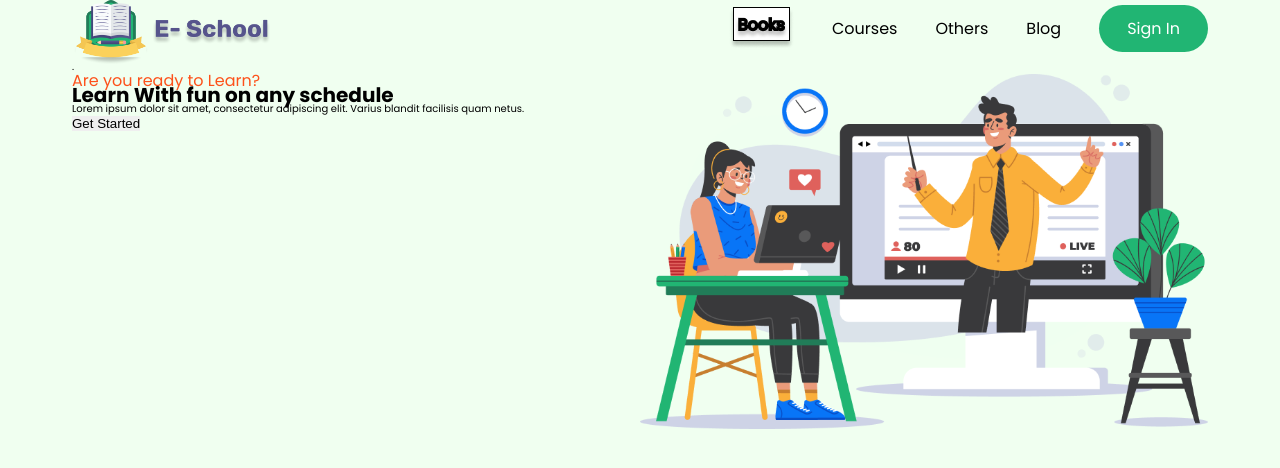
Repository: bijaythakur-code/E-school
Page: index.html
The author's editor kept a copy of each file at every save. The page is drawn from the files as they stood at one save, then again after the next save.
The browser window is 1280 px wide. The pictures show the whole page.

Above is the page before, as saved 2022-05-11 15:04:15.
Console error: TypeError: Cannot set properties of null (setting 'textContent')

### index.html
<!DOCTYPE html>
<html lang="en">
  <head>
    <meta charset="UTF-8" />
    <meta http-equiv="X-UA-Compatible" content="IE=edge" />
    <meta name="viewport" content="width=device-width, initial-scale=1.0" />

    <link rel="preconnect" href="https://fonts.googleapis.com" />
    <link rel="preconnect" href="https://fonts.gstatic.com" crossorigin />
    <link
      href="https://fonts.googleapis.com/css2?family=Poppins:wght@400;500;700&family=Roboto&display=swap"
      rel="stylesheet"
    />

    <link rel="stylesheet" href="/css/general.css" />
    <link rel="stylesheet" href="/css/style.css" />
    <link rel="stylesheet" href="/css/queries.css" />
    <title>Starter Project</title>
  </head>
  <body>
    <header>
      <div class="container">
        <nav>
          <div class="logo">
            <a href="/">
              <img src="/img/logo.png" alt="E-school logo" />
            </a>
          </div>
          <ul class="main-nav">
            <li>
              <a href="/">
                <img src="/img/img-icon-books-nav.png" alt="E-school Books" />
              </a>
            </li>
            <li>
              <a class="nav-link" href="#">Courses</a>
            </li>
            <li>
              <a class="nav-link" href="#">Others</a>
            </li>
            <li>
              <a class="nav-link" href="#">Blog</a>
            </li>
            <li>
              <a class="sign-in nav-link" href="#">Sign In</a>
            </li>
          </ul>
        </nav>

        <!-- hero section -->
        .
        <div class="hero">
          <div class="hero-left">
            <p class="are-you-ready">Are you ready to Learn?</p>
            <h1>Learn With fun on <span>any schedule</span></h1>
            <p>
              Lorem ipsum dolor sit amet, consectetur adipiscing elit. Varius
              blandit facilisis quam netus.
            </p>
            <a href="#">
              <button class="btn-get-started">Get Started</button>
            </a>
          </div>
          <div class="hero-right">
            <img src="/img/image-hero.png" alt="E-school hero" />
        </div>
      </div>
    </header>
    <script src="js/script.js"></script>
  </body>
</html>

### css/general.css
/*
--- 01 TYPOGRAPHY SYSTEM

- Font sizes (px)


- Font weights
Default: 400
Medium: 500

Bold: 700


- Line heights
Default: 1
Small: 1.05
Medium: 1.2
Paragraph default: 1.6
Large: 1.8

- Letter spacing
-0.5px
0.75px

--- 02 COLORS

#000000 -- black
#21B573 -- primary
#FFFFFF -- white
#FD511A -- primary-shade-one
#413960 -- secondary
#585859 -- secondary-tint-one
#282531 -- footer background
#CDCDCD -- primary-tint-one

#F0FFF0 -- hero background

- Primary:
- Tints:


- Shades:


- Accents:
- Greys


--- 05 SHADOWS


--- 06 BORDER-RADIUS

Default: 9px
Medium: 11px

--- 07 WHITESPACE

- Spacing system (px)

*/

:root {
  /* COLORS VARIABLES */
  --primary-color: #21b573;
  --primary-shade-one: #fd511a;
  --primary-tint-one: #cdcdcd;

  --secondary-color: #413960;
  --secondary-tint-one: #585859;

  --hero-background: #f0fff0;
  --footer-background: #282531;

  --black-color: #000000;
  --white-color: #ffffff;
}

*,
*::after,
*::before {
  padding: 0;
  margin: 0;
  box-sizing: border-box;
}

html {
  /* font-size: 10px; */

  /* 10px / 16px = 0.625 = 62.5% */
  /* Percentage of user's browser font-size setting */
  font-size: 62.5%;

  /* Does NOT work on Safari */
  /* scroll-behavior: smooth; */
}

body {
  font-family: 'Poppins', sans-serif;
  line-height: 140%;
  font-weight: 400;
}

ul {
  list-style: none;
}

a {
  text-decoration: none;
}

img {
  max-width: 100%;
  height: auto;
}

button {
  border: none;
  outline: none;
  cursor: pointer;
}

/*=============== GENERAL REUSABLE CSS CLASSES ===============*/

.container {
  /* 1200px */
  max-width: 120rem;
  padding: 0 3.2rem;
  margin: 0 auto;
}

### css/style.css
/*=============== HEADER & NAV ===============*/

header {
  background-color: var(--hero-background);
  height: 100vh;
}
nav {
  display: flex;
  justify-content: space-between;
}

.main-nav {
  display: flex;
  justify-content: space-between;
  align-items: center;
  gap: 38px;
}

.logo {
  height: 60px;
  width: 200px;
}

.nav-link {
  font-family: 'Poppins', sans-serif;
  font-weight: 400;
  font-size: 16px;
  color: #000000;
}

.sign-in {
  color: #ffffff;
  padding: 12px 28px;
  width: 104px;
  height: 43px;
  background: #21b573;
  border-radius: 33px;
}

/* mobile menu */

/*=============== HERO SECTION ===============*/

.hero {
  display: flex;
}

.hero-left {
  width: 50%;
  display: flex;
  flex-direction: column;
}

.are-you-ready {
  font-family: 'Poppins', sans-serif;

  font-weight: 400;
  font-size: 16px;
  color: #fd511a;
}

.hero-right {
  width: 50%;
}

### css/queries.css
/* rem and em do NOT depend on html font-size in media queries! Instead, 1rem = 1em = 16px */

/**************************/
/* BELOW 1344px (Smaller desktops) */
/**************************/

@media (max-width: 84em) {
}

/**************************/
/* BELOW 1200px (Landscape Tablets) */
/**************************/

@media (max-width: 75em) {
  html {
    /* 9px / 16px  */
    font-size: 56.25%;
  }
}

/**************************/
/* BELOW 944px (Tablets) */
/**************************/

@media (max-width: 59em) {
  html {
    /* 8px / 16px = 0.5 = 50% */
    font-size: 50%;
  }
}

/**************************/
/* BELOW 704px (Smaller tablets) */
/**************************/

@media (max-width: 44em) {
}

/**************************/
/* BELOW 544px (Phones) */
/**************************/

@media (max-width: 34em) {
}

### js/script.js
///////////////////////////////////////////////////////////
// Set current year
const yearEl = document.querySelector('.year')
const currentYear = new Date().getFullYear()
yearEl.textContent = currentYear

///////////////////////////////////////////////////////////
// Make mobile navigation work

const btnNavEl = document.querySelector('.btn-mobile-nav')
const headerEl = document.querySelector('.nav-container')

btnNavEl.addEventListener('click', function () {
  headerEl.classList.toggle('nav-open')
})

///////////////////////////////////////////////////////////
// Smooth scrolling animation

const allLinks = document.querySelectorAll('a:link')

allLinks.forEach(function (link) {
  link.addEventListener('click', function (e) {
    e.preventDefault()
    const href = link.getAttribute('href')

    // Scroll back to top
    if (href === '#')
      window.scrollTo({
        top: 0,
        behavior: 'smooth',
      })

    // Scroll to other links
    if (href !== '#' && href.startsWith('#')) {
      const sectionEl = document.querySelector(href)
      sectionEl.scrollIntoView({ behavior: 'smooth' })
    }

    // Close mobile naviagtion
    if (link.classList.contains('nav-link'))
      headerEl.classList.toggle('nav-open')
  })
})

///////////////////////////////////////////////////////////
// Sticky navigation

const sectionHeroEl = document.querySelector('.hero')

const obs = new IntersectionObserver(
  function (entries) {
    const ent = entries[0]
    // console.log(ent)

    if (ent.isIntersecting === false) {
      document.body.classList.add('sticky')
    }

    if (ent.isIntersecting === true) {
      document.body.classList.remove('sticky')
    }
  },
  {
    // In the viewport
    root: null,
    threshold: 0,
    rootMargin: '-80px',
  }
)
obs.observe(sectionHeroEl)

After the next save:
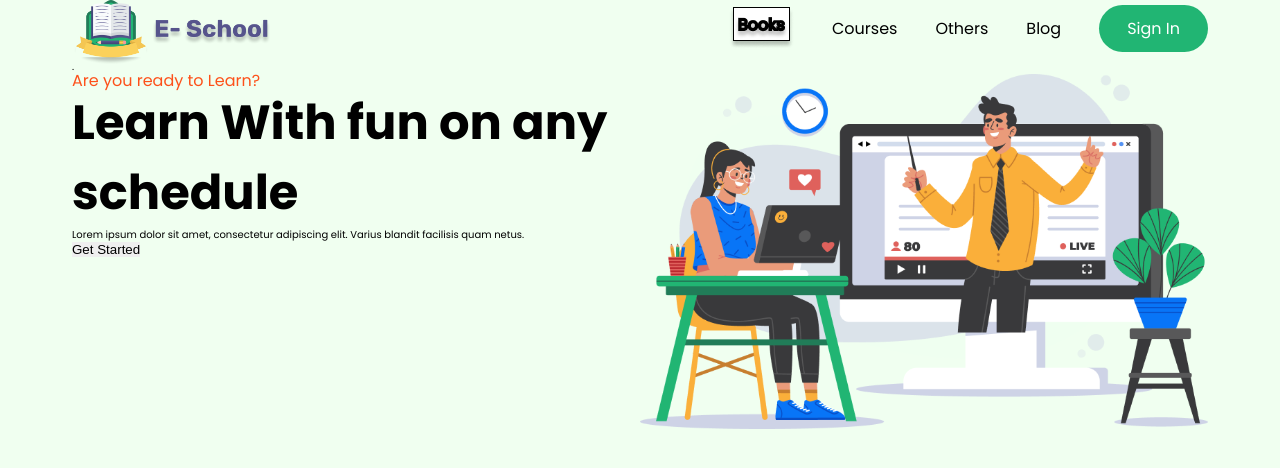
Saved 110 s later.
--- a/css/style.css
+++ b/css/style.css
@@ -53,12 +53,20 @@
 
 .are-you-ready {
   font-family: 'Poppins', sans-serif;
-
   font-weight: 400;
   font-size: 16px;
   color: #fd511a;
 }
 
+h1 {
+  font-family: 'Poppins', sans-serif;
+
+  font-weight: 700;
+  font-size: 48px;
+  line-height: 146%;
+  color: #000000;
+}
+
 .hero-right {
   width: 50%;
 }
